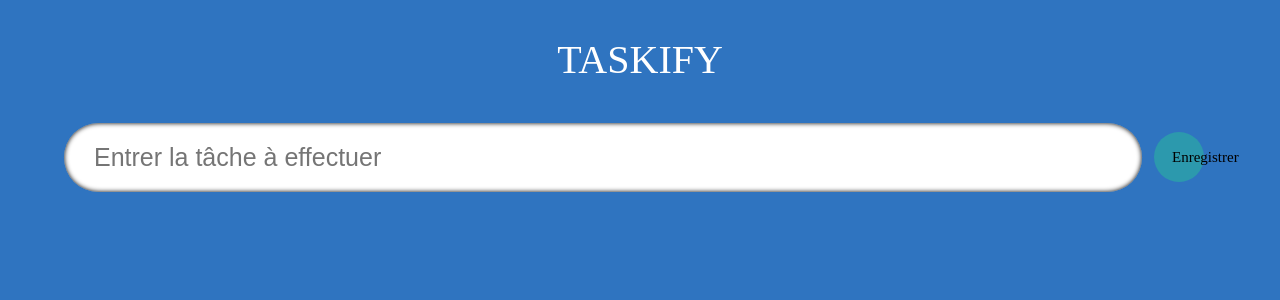
Repository: abdoulkarim20/react-ts-training
Page: /
An editor plug-in stored every save of this project. The page is shown before and after a run of saves, followed by the edit.
The browser window is 1280 px wide. The pictures show the whole page.
Some web fonts or font styles are not loaded; a fallback is used. The project was rebuilt for these pictures with package versions that can differ from the ones it lists, and the page was loaded fresh each time. Also part of the build but not shown: vite.config.ts.

Above is the page before, as saved 2024-01-23 00:15:55.

After the next 2 saves:
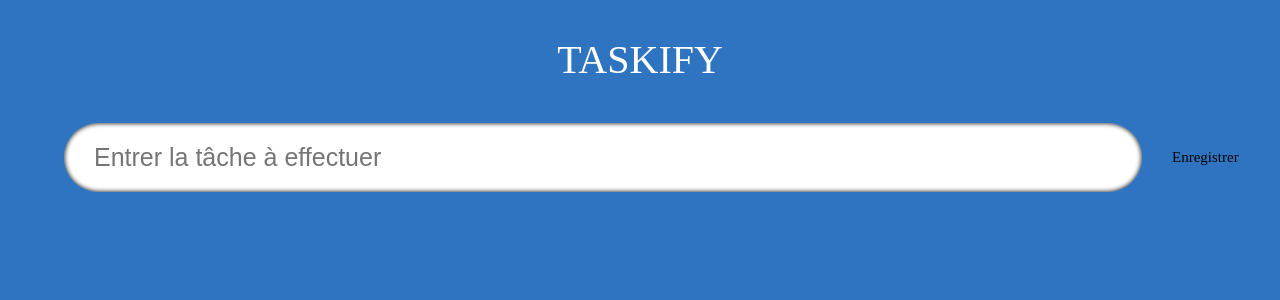
The 2 saves are shown as one change because they came seconds apart.
The last was saved 5 s later.
--- a/src/components/styles.css
+++ b/src/components/styles.css
@@ -27,5 +27,6 @@
     right: 0px;
     border: none;
     font-size: 15px;
-    background-color: #2f74;
+    background-color: #2f74c0;
+
 }
